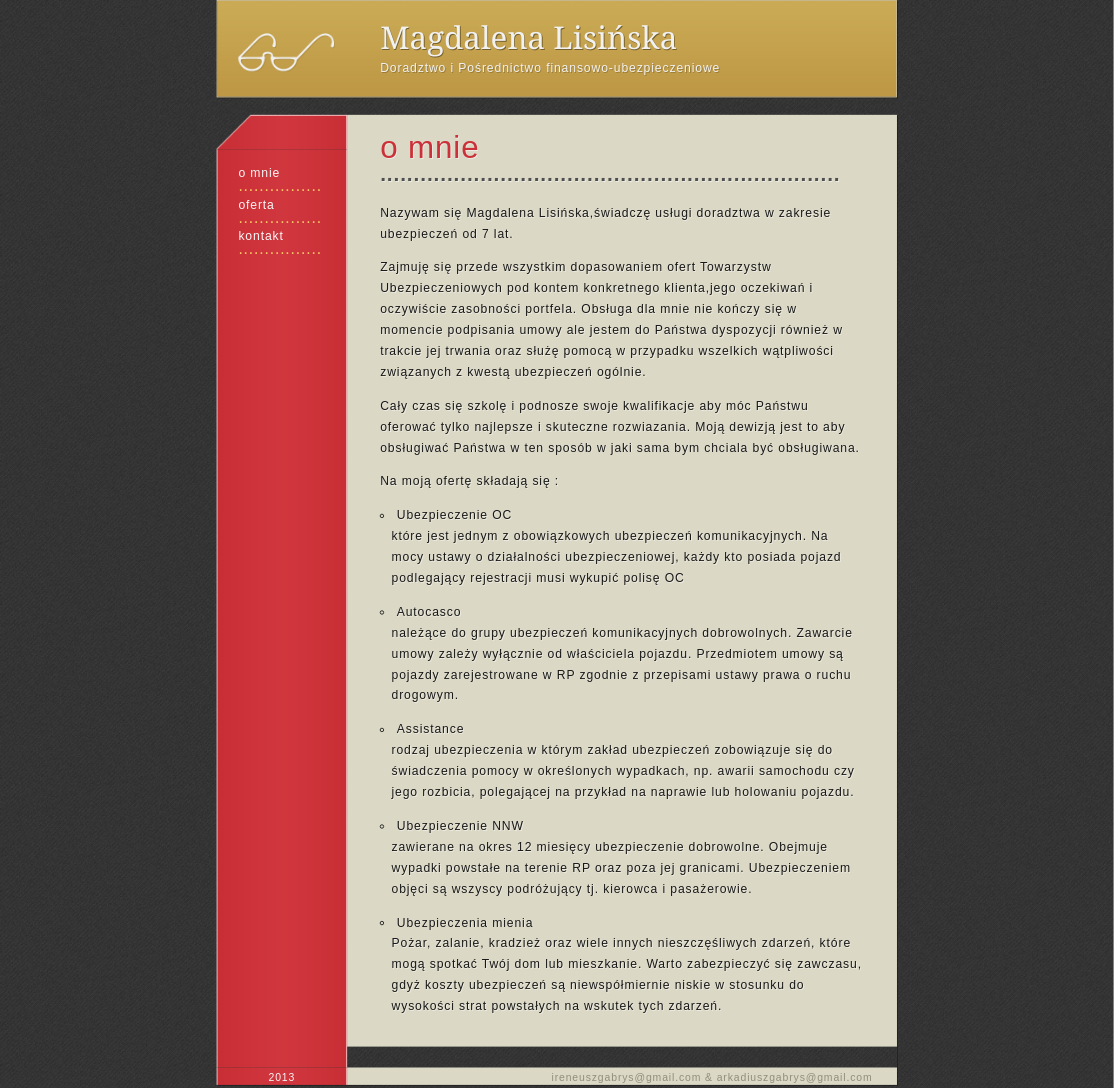
Repository: gabr/php_elicpse_workspace
Page: Magda Lisinska/index.html
The author's editor kept a copy of each file at every save. The page is drawn from the files as they stood at one save, then again after the next save.
The browser window is 1280 px wide. The pictures show the whole page, at 87% of full size.

Above is the page before, as saved 2013-03-08 13:52:10.

### Magda Lisinska/index.html
<!DOCTYPE HTML>
<html>
<head>
<meta http-equiv="Content-Type" content="text/html; charset=utf-8">
<title>Magdalena Lisińska</title>
<!--
		<meta name="description" content="Add your sites description here">
		<meta name="keywords" content="Add,your,site,keywords,here">
		<link rel="icon" type="image/x-icon" href="../images/favicon.ico">
		-->
<link rel="stylesheet" type="text/css" href="css/reset.css"
  media="screen">
<link rel="stylesheet" type="text/css" href="css/style.css"
  media="screen">
<!-- <script src="js/jquery-1.9.1.js"></script>
        <script src="js/script.js"></script> -->
<!--[if lt IE 9]>
		<script src="js/html5shiv.js"></script>
		<![endif]-->
</head>

<body>
  <!-- head -->
  <div id="header">
    <a href="index.html" id="glasses"></a> <a href="index.html"
      id="header-title">
      <p id="title">Magdalena Lisińska</p>
      <p id="slogan">Doradztwo i Pośrednictwo
        finansowo-ubezpieczeniowe</p>
    </a>
    <div class="clear"></div>
  </div>

  <!-- body -->
  <div id="body">
    <!-- menu -->
    <div id="menu">
      <div id="menu-head"></div>
      <div id="menu-body" style="height: 1055px">
        <div id="menu-margin"></div>
        <ul>
          <li><a href="#">o mnie</a></li>
          <li class="line">................</li>
          <li><a href="#">oferta</a></li>
          <li class="line">................</li>
          <li><a href="kontakt.html">kontakt</a></li>
          <li class="line">................</li>
        </ul>
      </div>
    </div>
    <!-- content -->
    <div id="content">
      <div>
        <h1>o mnie</h1>
        <div class="line">.....................................................................</div>
        <p>Nazywam się Magdalena Lisińska,świadczę usługi doradztwa
          w zakresie ubezpieczeń od 7 lat.</p>
        <p>Zajmuję się przede wszystkim dopasowaniem ofert
          Towarzystw Ubezpieczeniowych pod kontem konkretnego
          klienta,jego oczekiwań i oczywiście zasobności portfela.
          Obsługa dla mnie nie kończy się w momencie podpisania umowy
          ale jestem do Państwa dyspozycji również w trakcie jej trwania
          oraz służę pomocą w przypadku wszelkich wątpliwości związanych
          z kwestą ubezpieczeń ogólnie.</p>
        <p>Cały czas się szkolę i podnosze swoje kwalifikacje aby
          móc Państwu oferować tylko najlepsze i skuteczne rozwiazania.
          Moją dewizją jest to aby obsługiwać Państwa w ten sposób w
          jaki sama bym chciala być obsługiwana.</p>
        <p>Na moją ofertę składają się :</p>
        <ul>
          <li><a target="_blank"
            href="http://www.grupa-arda.pl/ubezpieczenia/ubezpieczenia-oc.html?phpMyAdmin=3N6bEaCYBK2Jq4cIqrYr1X8wqk0">Ubezpieczenie
              OC</a>
            <p>które jest jednym z obowiązkowych ubezpieczeń
              komunikacyjnych. Na mocy ustawy o działalności
              ubezpieczeniowej, każdy kto posiada pojazd podlegający
              rejestracji musi wykupić polisę OC</p></li>
          <li><a target="_blank"
            href="http://www.grupa-arda.pl/ubezpieczenia/ubezpieczenia-autocasco.html?phpMyAdmin=3N6bEaCYBK2Jq4cIqrYr1X8wqk0">Autocasco</a>
            <p>należące do grupy ubezpieczeń komunikacyjnych
              dobrowolnych. Zawarcie umowy zależy wyłącznie od
              właściciela pojazdu. Przedmiotem umowy są pojazdy
              zarejestrowane w RP zgodnie z przepisami ustawy prawa o
              ruchu drogowym.</p></li>
          <li><a target="_blank"
            href="http://www.grupa-arda.pl/ubezpieczenia/ubezpieczenia-assistance.html?phpMyAdmin=3N6bEaCYBK2Jq4cIqrYr1X8wqk0">Assistance</a>
            <p>rodzaj ubezpieczenia w którym zakład ubezpieczeń
              zobowiązuje się do świadczenia pomocy w określonych
              wypadkach, np. awarii samochodu czy jego rozbicia,
              polegającej na przykład na naprawie lub holowaniu pojazdu.</p>
          </li>
          <li><a target="_blank"
            href="http://www.grupa-arda.pl/ubezpieczenia/ubezpieczenia-nnw.html?phpMyAdmin=3N6bEaCYBK2Jq4cIqrYr1X8wqk0">Ubezpieczenie
              NNW</a>
            <p>zawierane na okres 12 miesięcy ubezpieczenie
              dobrowolne. Obejmuje wypadki powstałe na terenie RP oraz
              poza jej granicami. Ubezpieczeniem objęci są wszyscy
              podróżujący tj. kierowca i pasażerowie.</p></li>
          <li><a target="_blank"
            href="http://www.grupa-arda.pl/ubezpieczenia/ubezpieczenia-mienia.html?phpMyAdmin=3N6bEaCYBK2Jq4cIqrYr1X8wqk0">Ubezpieczenia
              mienia</a>
            <p>Pożar, zalanie, kradzież oraz wiele innych
              nieszczęśliwych zdarzeń, które mogą spotkać Twój dom lub
              mieszkanie. Warto zabezpieczyć się zawczasu, gdyż koszty
              ubezpieczeń są niewspółmiernie niskie w stosunku do
              wysokości strat powstałych na wskutek tych zdarzeń.</p></li>
        </ul>
      </div>
    </div>
    <div class="clear"></div>

    <!-- footer -->
    <div id="footer">
      <div id="left-footer">
        <p>2013</p>
      </div>
      <div id="right-footer">
        <p>ireneuszgabrys@gmail.com &amp;
          arkadiuszgabrys@gmail.com&ensp;&ensp;&ensp;&ensp;</p>
      </div>
      <div class="clear"></div>
    </div>

  </div>

</body>
</html>

### Magda Lisinska/css/reset.css
/*
html5doctor.com Reset Stylesheet
v1.6.1
Last Updated: 2010-09-17
Author: Richard Clark - http://richclarkdesign.com
Twitter: @rich_clark
*/

html, body, div, span, object, iframe,
h1, h2, h3, h4, h5, h6, p, blockquote, pre,
abbr, address, cite, code,
del, dfn, em, img, ins, kbd, q, samp,
small, strong, sub, sup, var,
b, i,
dl, dt, dd, ol, ul, li,
fieldset, form, label, legend,
table, caption, tbody, tfoot, thead, tr, th, td,
article, aside, canvas, details, figcaption, figure,
footer, header, hgroup, menu, nav, section, summary,
time, mark, audio, video {
margin:0;
padding:0;
border:0;
outline:0;
font-size:100%;
vertical-align:baseline;
background:transparent;
}

body {line-height:1;}

article,aside,details,figcaption,figure,
footer,header,hgroup,menu,nav,section {
display:block; zoom:1;
}

nav ul {list-style:none;}

blockquote, q {quotes:none;}

blockquote:before, blockquote:after,
q:before, q:after {
content:'';
content:none;
}

a {
margin:0;
padding:0;
font-size:100%;
vertical-align:baseline;
background:transparent;
}

/* change colours to suit your needs */
ins {
background-color:#ff9;
color:#000;
text-decoration:none;
}

/* change colours to suit your needs */
mark {
background-color:#ff9;
color:#000;
font-style:italic;
font-weight:bold;
}

del {text-decoration: line-through;}

abbr[title], dfn[title] {
border-bottom:1px dotted;
cursor:help;
}

table {
border-collapse:collapse;
border-spacing:0;
}

/* change border colour to suit your needs */
hr {
display:block;
height:1px;
border:0;
border-top:1px solid #cccccc;
margin:1em 0;
padding:0;
}

input, select {
vertical-align:middle;
}

### Magda Lisinska/css/style.css
/*  Main  */
body {
  background: url(../images/background.png);
  color: #000;
  font-family: Arial, Helvetica, sans-serif;
  font-size: 14px;
  letter-spacing: 1px;
}

p {
  color: #181818;
  text-align: left;
  margin: 0px 0px 15px 0px;
  line-height: 24px;
}

a {
  color: #cb3138;
  text-decoration: none;
}

a:hover {
  text-decoration: underline;
}

h1 {
  margin: 20px 0px 0px 0px;
  font-size: 36px;
  color: #cb3138;
  font-weight: normal;
}

img {
  float: left;
  margin: 5px 10px 0px 0px;
  border: 1px solid #363636;
  box-shadow: 1px 1px 0px rgba(255, 255, 255, 0.5);
}

.line {
  -webkit-touch-callout: none;
  -webkit-user-select: none;
  -khtml-user-select: none;
  -moz-user-select: none;
  -ms-user-select: none;
  user-select: none;
}

.clear {
  clear: both;
}

/* Header */
#header {
  background: url(../images/header.jpg);
  width: 780px;
  height: 110px;
  margin: 0 auto;
  border: 1px solid #dbc89a;
  box-shadow: 1px 1px 0px rgba(0, 0, 0, 0.4)
}

#glasses {
  background: url(../images/glasses.png);
  width: 112px;
  height: 45px;
  margin: 37px 0px 0px 23px;
  display: block;
  outline: none;
  float: left;
}

#header-title {
  float: left;
  margin: 30px 0px 0px 52px;
  outline: none;
  text-decoration: none;
}

#title {
  margin: 0px 0px 0px 0px;
  color: #f1f1f1;
  text-shadow: 1px 1px 0px rgba(0, 0, 0, 0.4);
  font-family: Georgia, Times New Roman, Times;
  font-size: 36px;
  letter-spacing: 0px;
}

#slogan {
  color: #f1f1f1;
  text-shadow: 1px 1px 0px rgba(0, 0, 0, 0.2);
  margin: 11px 0px 0px 0px;
}

/* Body */
#body {
  margin: 0 auto;
  margin-top: 20px;
  width: 782px;
  box-shadow: 1px 1px 0px rgba(0, 0, 0, 0.4);
}

/* Menu */
#menu {
  float: left;
  width: 150px;
}

#menu-head {
  background: url(../images/menu_head.png);
  height: 40px;
}

#menu-body {
  background: url(../images/menu.jpg);
  min-height: 200px;
}

#menu-margin {
  height: 20px;
}

#menu-body ul {
  width: 100px;
  margin: 0 auto;
  list-style: none;
}

#menu-body a {
  color: #f7f7f7;
  text-decoration: none;
}

#menu-body li>a:hover {
  font-weight: bold;
}

#menu-body li.line {
  font-size: 18px;
  color: #f7cb61;
  margin: -1px 0px 5px 0px;
}

/* Content */
#content {
  float: left;
  width: 632px;
  min-height: 200px;
  background: #dbd8c5;
  text-shadow: 1px 1px 0px rgba(255, 255, 255, 0.5);
  padding-bottom: 20px;
}

#content>div {
  margin: 0px 38px 0px 38px;
}

#content .line {
  margin: 0px 0px 20px 0px;
  font-size: 24px;
  color: #4f4f4f;
  font-weight: bold;
}

#content ul {
  list-style-type: circle;
  list-style-position: inside;
}

#content ul li {
  text-decoration: none;
  font-family: Arial, Helvetica, sans-serif;
  font-size: 14px;
  letter-spacing: 1px;
  color: #181818;
  text-align: left;
  margin: 0px 0px 15px 0px;
  line-height: 24px;
}

#content ul li a {
  color: #181818;
}

#content ul li a:hover {
  color: #cb3138;
}

#content ul li p {
  margin-left: 13px;
}

#content iframe {
  margin: 20px auto 2px auto;
}

#google-maps {
  float: right;
  margin-right: 6px;
}

/* Footer */
#footer {
  width: 782px;
}

#left-footer {
  background: url(../images/menu.jpg);
  width: 150px;
  height: 20px;
  float: left;
}

#left-footer p {
  color: #f7f7f7;
  text-align: center;
  font-size: 12px;
}

#right-footer {
  float: right;
  width: 632px;
  height: 20px;
  background: #dbd8c5;
}

#right-footer p {
  color: #918e7e;
  text-align: right;
  font-size: 12px;
}

After the next save:
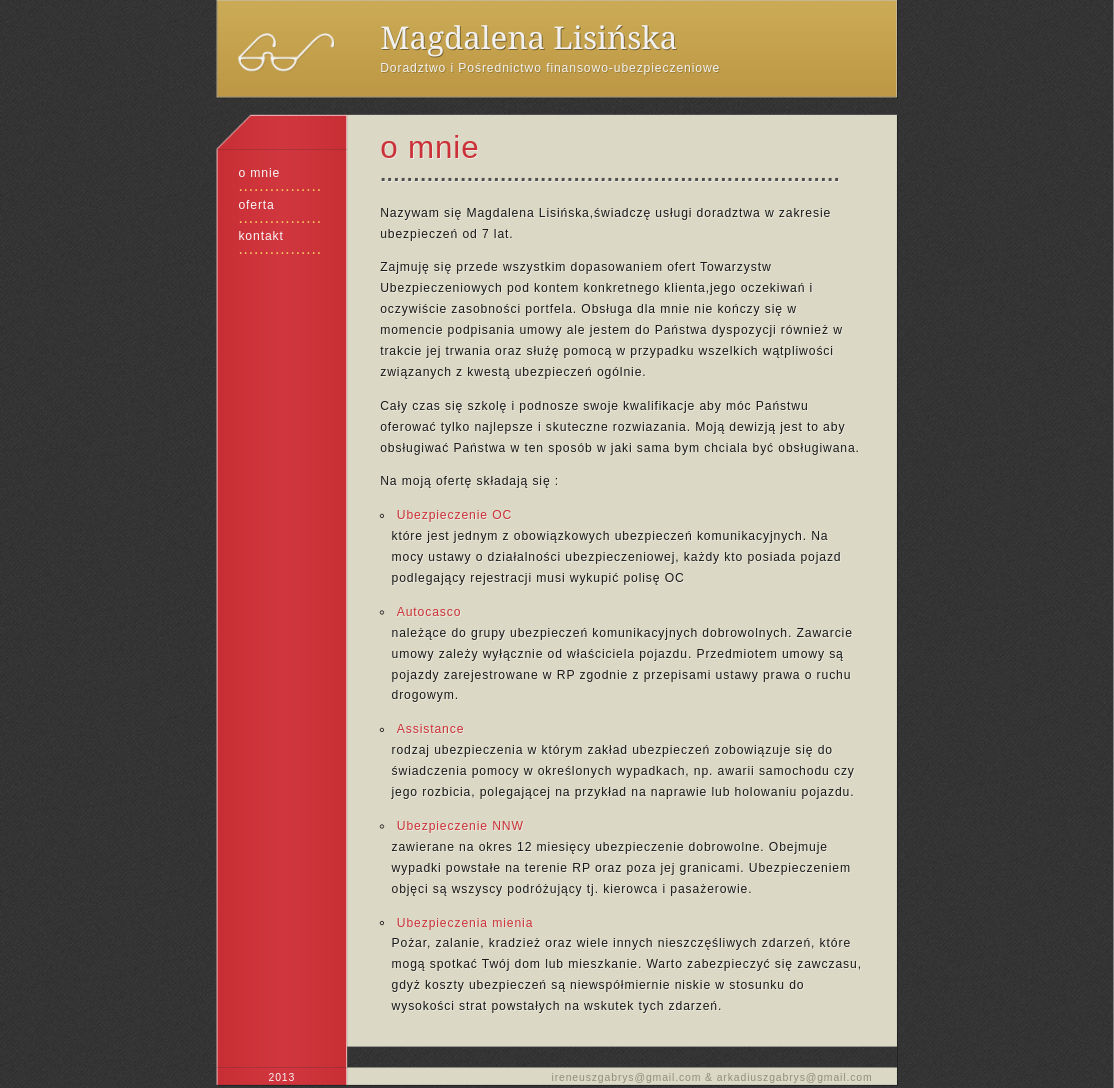
Saved 23 s later.
--- a/Magda Lisinska/css/style.css
+++ b/Magda Lisinska/css/style.css
@@ -178,9 +178,9 @@ img {
   line-height: 24px;
 }
 
-#content ul li a {
+/* #content ul li a {
   color: #181818;
-}
+} */
 
 #content ul li a:hover {
   color: #cb3138;
